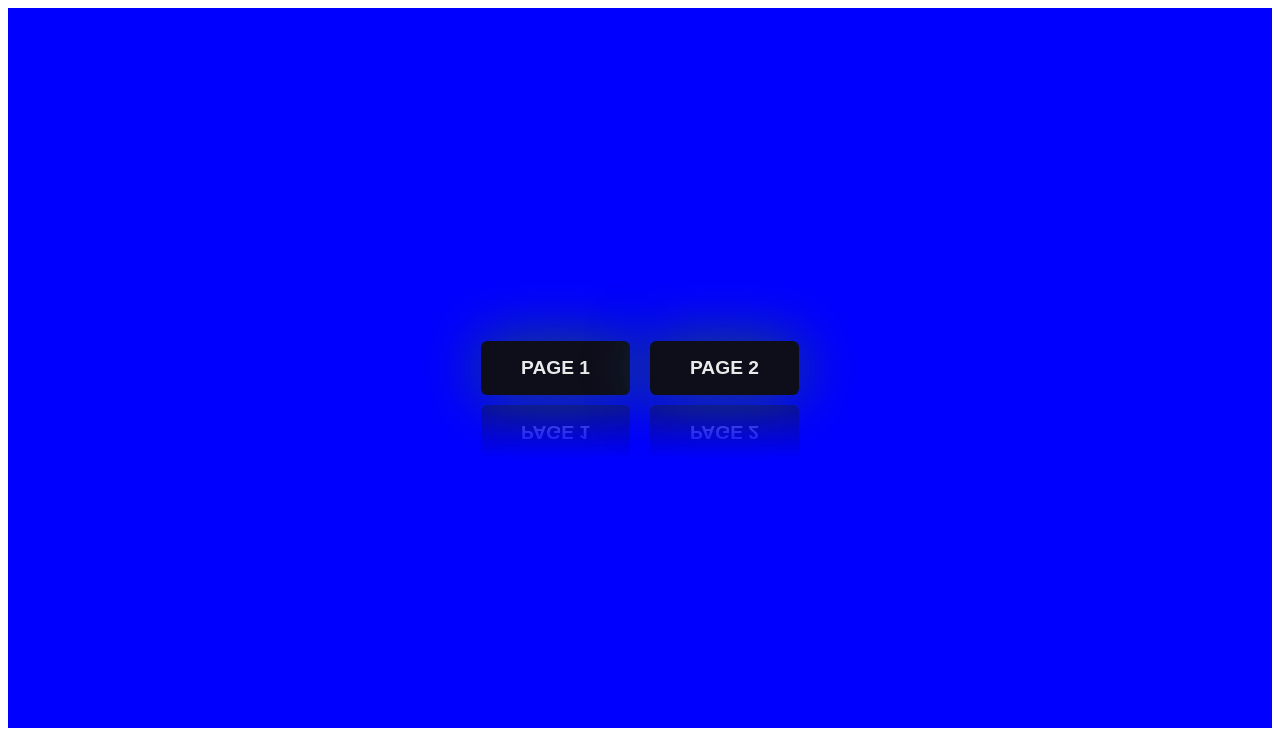
Repository: sharmisthak16/Student-Assignment
Page: / (app in my-project/)
These files come from the project's save history. The page is drawn as it stood at one moment and after a run of saves; the edit follows.
The browser window is 1280 px wide. The pictures show the whole page.
The project was rebuilt for these pictures with package versions that can differ from the ones it lists, and the page was loaded fresh each time. Also part of the build but not shown: my-project/vite.config.js, my-project/src/components/firebase.js, my-project/src/components/LoginForm.css, my-project/src/components/LoginForm.jsx, my-project/src/components/Dashboard.jsx.

Above is the page before, as saved 2025-01-30 19:35:36.

### my-project/index.html
<!doctype html>
<html lang="en">
  <head>
    <meta charset="UTF-8" />

    <meta name="viewport" content="width=device-width, initial-scale=1.0" />
    <title>Assignment</title>
  </head>
  <body>
    <div id="root"></div>
    <script type="module" src="/src/main.jsx"></script>
  </body>
</html>

### my-project/src/App.jsx
import React from 'react';
import { BrowserRouter as Router, Route, Routes } from 'react-router-dom'; // Use Routes instead of Switch
import LoginForm from './components/LoginForm';
import Dashboard from './components/Dashboard'; // Create this component for the dashboard page
import Home from './Pages/Home';

function App() {
  return (
    <Router>
      <Routes>
      <Route path='/' element={<Home/>} />
        <Route path="/" element={<LoginForm />} /> {/* Use element instead of component */}
        <Route path="/dashboard" element={<Dashboard />} /> {/* Use element instead of component */}

      </Routes>
    </Router>
  );
}

export default App;

### my-project/src/Pages/Home.jsx
import React from 'react'
import HomeButtons from '../components/HomeButtons'



function Home() {
  return (
    <div>
      <HomeButtons/>

    </div>
  )
}

export default Home

### my-project/src/components/HomeButtons.jsx
import React from 'react';
import { useNavigate } from 'react-router-dom';
import './HomeButtons.css';

const HomeButtons = () => {
  const navigate = useNavigate();

  return (
    <div className="btn-container">
      <button className="btn" onClick={() => navigate('/')}>Page 1</button>
      <button className="btn">Page 2</button>
    </div>
  );
};

export default HomeButtons;

### my-project/src/components/HomeButtons.css
.btn-container {
  display: flex;
  justify-content: center;
  align-items: center;
  height: 100vh; /* Full viewport height */
  gap: 20px; /* Space between buttons */
  background-color: blue;
}

.btn {
  font-size: 1.2rem;
  padding: 1rem 2.5rem;
  border: none;
  outline: none;
  border-radius: 0.4rem;
  cursor: pointer;
  text-transform: uppercase;
  background-color: rgb(14, 14, 26);
  color: rgb(234, 234, 234);
  font-weight: 700;
  transition: 0.6s;
  box-shadow: 0px 0px 60px #1f4c65;
  -webkit-box-reflect: below 10px linear-gradient(to bottom, rgba(0,0,0,0.0), rgba(0,0,0,0.4));
}

.btn:active {
  scale: 0.92;
}

.btn:hover {
  background: linear-gradient(270deg, rgba(2, 29, 78, 0.681) 0%, rgba(31, 215, 232, 0.873) 60%);
  color: rgb(4, 4, 38);
}

Loaded but not shown: my-project/src/main.jsx (common file); my-project/src/index.css (common file)

After the next 2 saves:
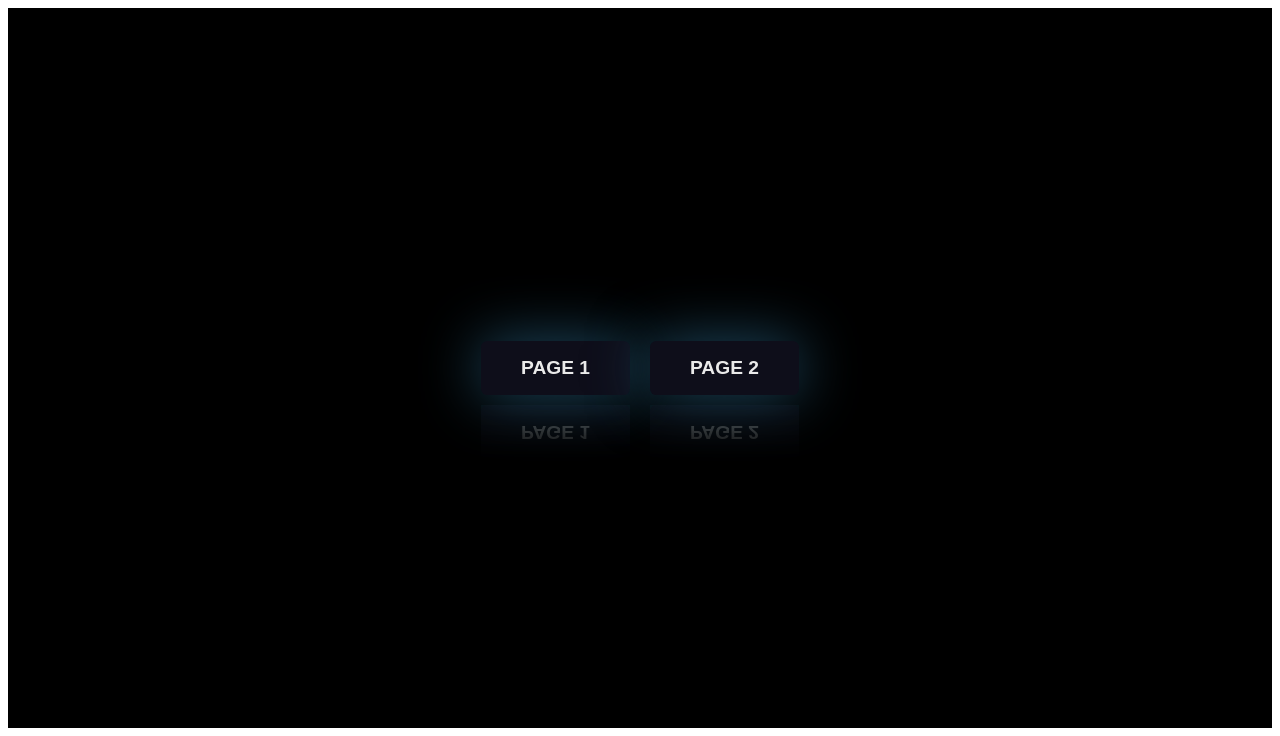
The 2 saves are shown as one change because they came seconds apart.
The last was saved 10 s later.
--- a/my-project/src/components/HomeButtons.css
+++ b/my-project/src/components/HomeButtons.css
@@ -4,7 +4,7 @@
   align-items: center;
   height: 100vh; /* Full viewport height */
   gap: 20px; /* Space between buttons */
-  background-color: blue;
+  background-color: black;
 }
 
 .btn {
